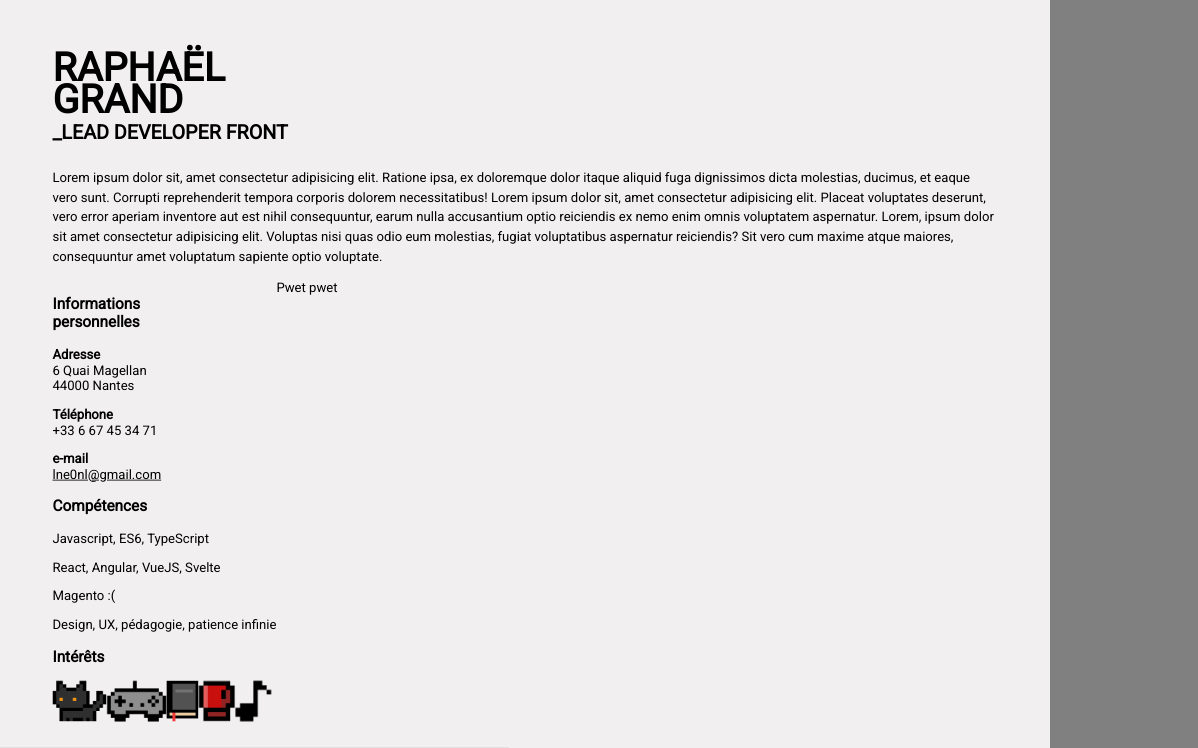
Repository: lne0nl/resume
Page: index.html
An editor plug-in stored every save of this project. The page is shown before and after the next save, followed by the edit.
The browser window is 1280 px wide. The page is 1280 px wide, then 1461 px, so the pictures cover 1461 px, including what lies to the right of the window. The pictures show the whole page, at 82% of full size.

Above is the page before, as saved 2021-12-10 11:08:07.

After the next save:
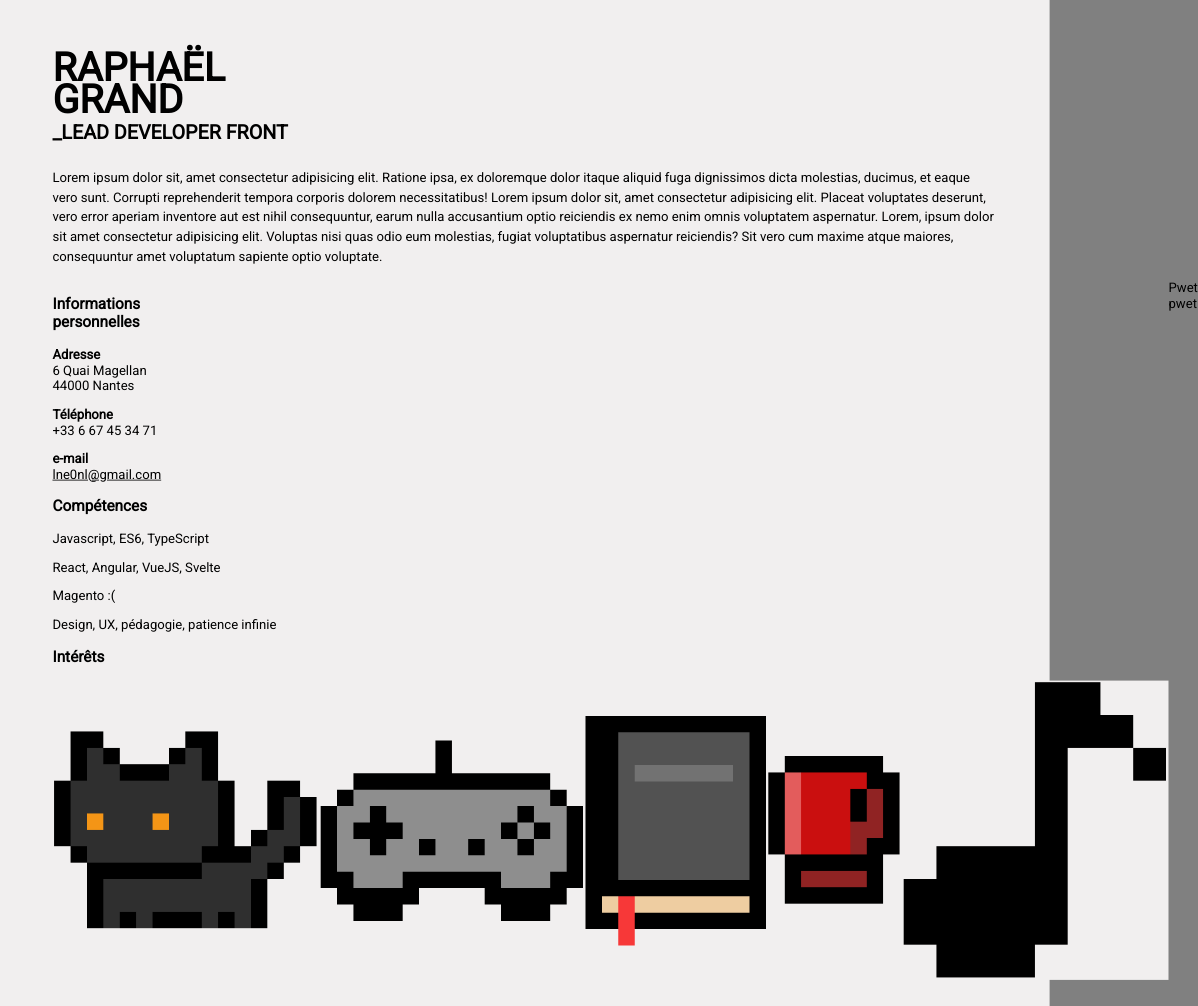
Saved 45 s later.
--- a/style.css
+++ b/style.css
@@ -66,6 +66,5 @@ li {
 }
 
 .interests img {
-  height: 50px;
   margin-bottom: 0;
 }
